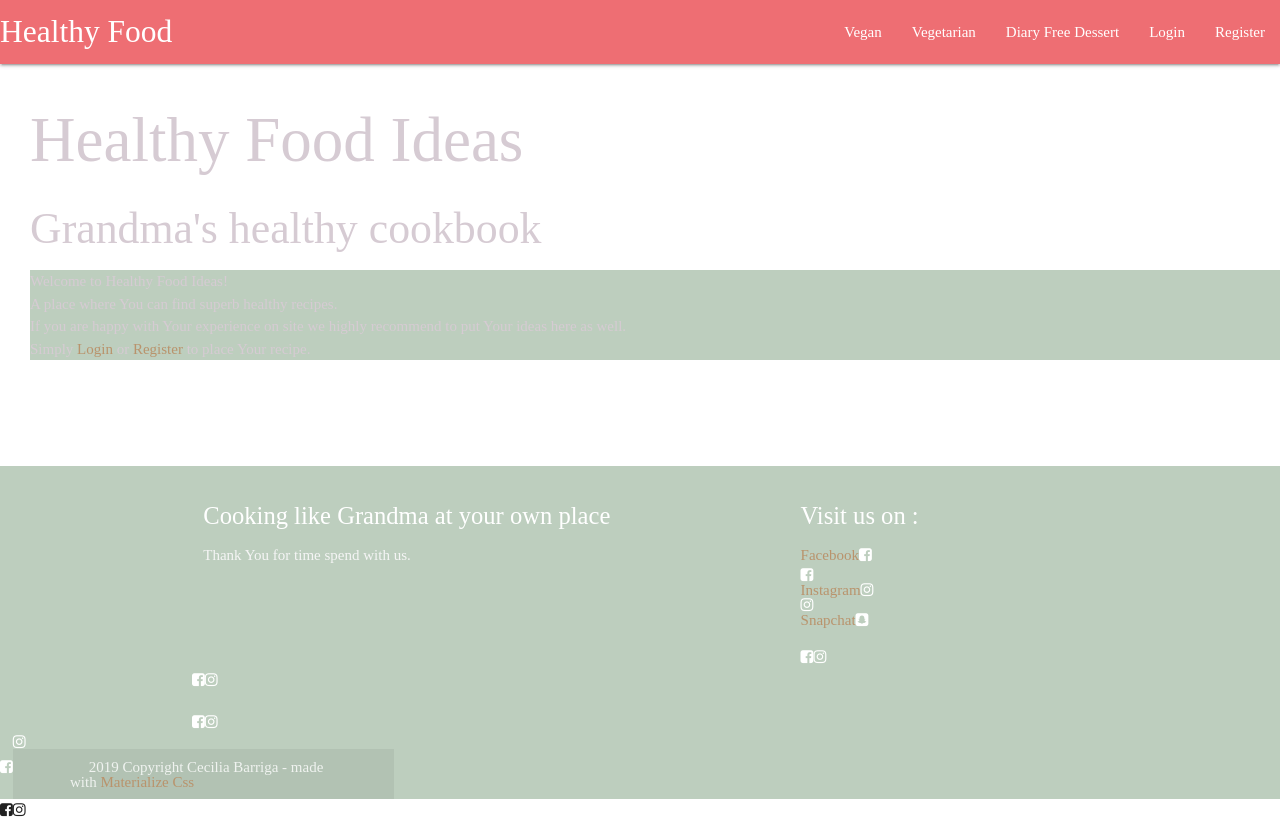
Repository: cesole/cookbook
Page: http://localhost/
The author's editor kept a record of every edit. The page is drawn from the files as they stood at one moment, then again after the next edit.
The browser window is 1280 px wide. The pictures show the whole page.
Some web fonts or font styles are not loaded; a fallback is used. The page is served by the project's application, run on Flask 3 (app.py).

Above is the page before.
Console error: TypeError: Cannot read properties of undefined (reading 'offsetHeight')

After the next edit:
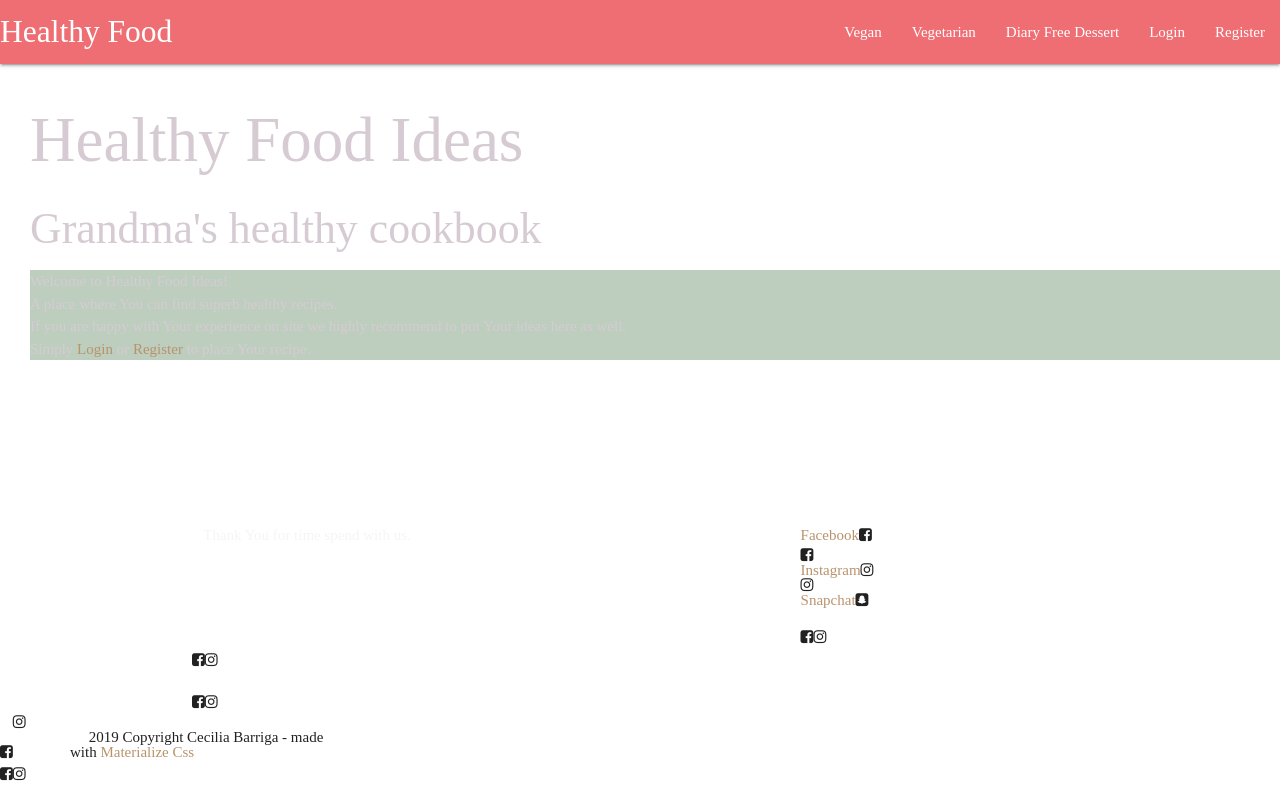
The edit:
--- a/templates/base.html
+++ b/templates/base.html
@@ -57,7 +57,7 @@
         <main>{% block content %}{% endblock %}</main>
     </div>
 
-    <footer class="page-footer">
+    <footer class="footer">
         <div class="container">
             <div class="row">
                 <div class="col l6 s12">
